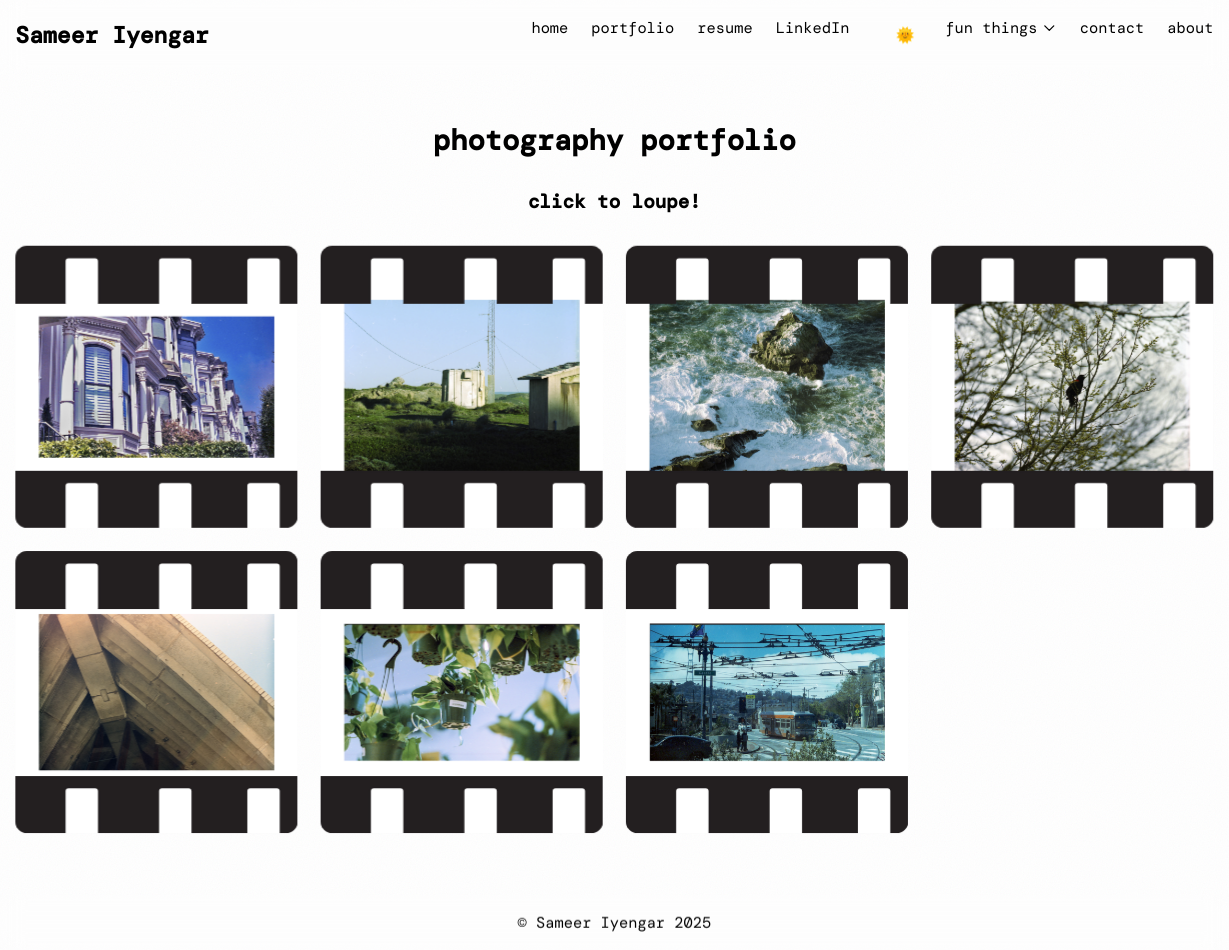
Repository: siyengar04/siyengar04.github.io
Page: portfolio.html
These files come from the project's save history. The page is drawn as it stood at one moment and after a run of saves; the edit follows.
The browser window is 1280 px wide. The pictures show the whole page, at 96% of full size.
Some web fonts or font styles are not loaded; a fallback is used.

Above is the page before, as saved 2025-10-11 16:24:56.

### portfolio.html
<!DOCTYPE html>
<html lang="en">

<head>
    <script>
        if (localStorage.theme === 'dark' ||
            (!('theme' in localStorage) && window.matchMedia('(prefers-color-scheme: dark)').matches)) {
            document.documentElement.classList.add('dark-theme');
        }
    </script>
    <meta charset="UTF-8">
    <meta name="viewport" content="width=device-width, initial-scale=1.0">
    <meta property="og:image" content="./images/profile.jpg">
    <meta property="og:image:type" content="image/jpg">
    <meta name="description" content="student, innovator, engineer" />
    <meta property="og:title" content="Sameer Iyengar">
    <meta property="og:description" content="student, innovator, engineer">
    <title>Sameer Iyengar - Photography Portfolio</title>
    <script src="https://cdn.jsdelivr.net/npm/@tailwindcss/browser@4"></script>
    <link rel="preconnect" href="https://fonts.googleapis.com">
    <link rel="preconnect" href="https://fonts.gstatic.com" crossorigin>
    <link
        href="https://fonts.googleapis.com/css2?family=DM+Mono:ital,wght@0,300;0,400;0,500;1,300;1,400;1,500&display=swap"
        rel="stylesheet">
    <style>
        <style> :root {
            /* Light Theme (default) - High contrast */
            --bg-primary: #f5f5f7;
            --text-primary: #121212;
            --glass-light: rgba(255, 255, 255, 0.85);
            --glass-text: #121212;
            --border-light: rgba(0, 0, 0, 0.1);
            --accent-color: #3b82f6;

            /* Dark Theme */
            --bg-primary-dark: #0a0a0a;
            --text-primary-dark: #f8f9fa;
            --glass-dark: rgba(20, 20, 20, 0.85);
            --glass-text-dark: #f8f9fa;
            --border-dark: rgba(255, 255, 255, 0.15);
            --accent-color-dark: #60a5fa;
        }

        .gallery-item {
            position: relative;
            /* Needed for absolute positioning of pseudo-elements */
        }

        .gallery-item::before,
        .gallery-item::after {
            content: "";
            position: absolute;
            left: 0;
            width: 100%;
            height: 60px;
            /* Adjust based on your SVG border height */
            background-image: url('Asset 4.svg');
            background-size: cover;
            z-index: 2;
        }

        .gallery-item::before {
            top: 0;
            background-image: url('Asset 4.svg');
        }

        .gallery-item::after {
            bottom: 0;
            background-image: url('Asset 4.svg');
        }

        .gallery-img {
            position: relative;
            z-index: 1;
        }

        .dark-theme {
            --bg-primary: var(--bg-primary-dark);
            --text-primary: var(--text-primary-dark);
            --glass-light: var(--glass-dark);
            --glass-text: var(--glass-text-dark);
            --border-light: var(--border-dark);
            --accent-color: var(--accent-color-dark);
        }

        body {
            font-family: 'DM Mono', sans-serif;
            background: var(--bg-primary);
            color: var(--text-primary);
            transition: background 0.5s ease, color 0.3s ease;
            background-image: url('data:[embedded picture, 288 characters]');
            line-height: 1.6;
            margin: 0;
            padding: 0;
        }

        /* Glassmorphism Navigation Bar */
        header {
            position: fixed;
            top: 0;
            width: 100%;
            background: var(--glass-light) !important;
            backdrop-filter: blur(12px);
            -webkit-backdrop-filter: blur(12px);
            border-bottom: 1px solid var(--border-light);
            color: var(--glass-text) !important;
            z-index: 100;
            padding: 1rem 0;
        }

        /* Navigation */
        nav a {
            color: var(--glass-text);
            transition: all 0.3s ease;
        }

        nav a:hover {
            color: var(--accent-color);
            transform: translateY(-2px);
        }

        /* Theme toggle button */
        #theme-toggle {
            background: var(--glass-light);
            backdrop-filter: blur(10px);
            border: 1px solid var(--border-light);
            transition: all 0.3s ease;
        }

        #theme-toggle:hover {
            transform: scale(1.1);
        }

        /* Portfolio Section */
        #portfolio {
            padding: 8rem 0 4rem;
            /* Adjusted for fixed header */
        }

        .gallery-img {
            transition: transform 0.3s ease, box-shadow 0.3s ease;
            cursor: pointer;
            border-radius: 12px;
            object-fit: cover;
            width: 100%;
            height: 100%;
        }

        .gallery-item {
            background: var(--glass-light);
            backdrop-filter: blur(8px);
            -webkit-backdrop-filter: blur(8px);
            border: 1px solid var(--border-light);
            border-radius: 12px;
            overflow: hidden;
            transition: all 0.3s ease;
        }

        .gallery-item:hover {
            transform: translateY(-5px);
            box-shadow: 0 10px 25px rgba(0, 0, 0, 0.2);
        }

        .dark-theme .gallery-item:hover {
            box-shadow: 0 10px 25px rgba(0, 0, 0, 0.4);
        }

        /* Modal */
        .modal {
            display: none;
            position: fixed;
            z-index: 1000;
            left: 0;
            top: 0;
            width: 100%;
            height: 100%;
            background-color: rgba(0, 0, 0, 0.9);
            overflow: auto;
        }

        .modal-content {
            margin: auto;
            display: block;
            max-width: 90%;
            max-height: 80vh;
            margin-top: 10vh;
            background: var(--glass-light);
            backdrop-filter: blur(20px);
            -webkit-backdrop-filter: blur(20px);
            border-radius: 12px;
            padding: 20px;
            border: 1px solid var(--border-light);
        }

        .close {
            position: absolute;
            top: 20px;
            right: 35px;
            color: white;
            font-size: 40px;
            font-weight: bold;
            cursor: pointer;
            z-index: 1001;
        }

        .caption {
            margin: auto;
            display: block;
            width: 80%;
            text-align: center;
            color: var(--text-primary);
            padding: 10px 0;
            font-size: 1.2rem;
        }

        /* Dropdown menu */
        .desktop-dropdown-menu {
            margin-top: 0.5rem;
            background: var(--glass-light);
            backdrop-filter: blur(12px);
            -webkit-backdrop-filter: blur(12px);
            border: 1px solid var(--border-light);
            border-radius: 8px;
            overflow: hidden;
            box-shadow: 0 8px 32px rgba(0, 0, 0, 0.1);
        }

        .desktop-dropdown:hover .desktop-dropdown-menu {
            display: block;
        }

        /* Footer */
        footer {
            background: var(--glass-light);
            backdrop-filter: blur(12px);
            -webkit-backdrop-filter: blur(12px);
            border-top: 1px solid var(--border-light);
            padding: 1rem 0;
            color: var(--glass-text);
        }

        /* Grid Layout */
        .grid {
            display: grid;
            grid-template-columns: repeat(auto-fill, minmax(250px, 1fr));
            gap: 1.5rem;
        }

        @media (max-width: 768px) {
            #portfolio {
                padding: 6rem 0 2rem;
            }

            #nav-menu {
                background: var(--glass-light);
                backdrop-filter: blur(12px);
                -webkit-backdrop-filter: blur(12px);
                border: 1px solid var(--border-light);
                border-radius: 8px;
                padding: 1rem;
                margin-top: 0.5rem;
            }

            .modal-content {
                max-width: 95%;
                max-height: 85vh;
                margin-top: 5vh;
            }
        }
    </style>
</head>

<body>
    <header class="fixed top-0 z-10 w-full">
        <div class="container flex items-center justify-between px-4 mx-auto">
            <h1 class="text-2xl font-semibold">Sameer Iyengar</h1>
            <div class="md:hidden">
                <button id="nav-toggle" class="focus:outline-none">
                    <svg xmlns="http://www.w3.org/2000/svg" class="w-6 h-6" fill="none" viewBox="0 0 24 24"
                        stroke="currentColor">
                        <path stroke-linecap="round" stroke-linejoin="round" stroke-width="2"
                            d="M4 6h16M4 12h16m-7 6h7" />
                    </svg>
                </button>
            </div>
            <nav id="nav-menu" class="hidden md:flex md:space-x-6">
                <ul class="flex flex-col space-y-4 md:flex-row md:space-y-0 md:space-x-6">
                    <li><a href="/index.html">home</a></li>
                    <li><a href="/portfolio.html">portfolio</a></li>
                    <li><a href="/resume.html">resume</a></li>
                    <li><a href="https://www.linkedin.com/in/sameer-iyengar/">LinkedIn</a></li>
                    <li>
                        <button id="theme-toggle" class="p-2 ml-4 rounded-full">
                            <span class="light-icon">🌞</span>
                            <span class="hidden dark-icon">🌙</span>
                        </button>
                    </li>
                    <!-- Desktop Fun Things Dropdown -->
                    <li class="relative group">
                        <button class="flex items-center">
                            fun things
                            <svg class="w-4 h-4 ml-1" fill="none" stroke="currentColor" viewBox="0 0 24 24"
                                xmlns="http://www.w3.org/2000/svg">
                                <path stroke-linecap="round" stroke-linejoin="round" stroke-width="2"
                                    d="M19 9l-7 7-7-7"></path>
                            </svg>
                        </button>
                        <div class="absolute left-0 hidden pt-2 group-hover:block desktop-dropdown-menu">
                            <a href="/cat-gallery.html" class="block px-4 py-2 hover:text-accent-color">eva!!</a>
                        </div>
                    </li>
                    <li><a href="/contact.html">contact</a></li>
                    <li><a href="/about.html">about</a></li>
                </ul>
            </nav>
        </div>
    </header>

    <main>
        <section id="portfolio" class="portfolio">
            <div class="container px-4 mx-auto">
                <h2 class="mb-8 text-3xl font-bold text-center">photography portfolio</h2>
                <h3 class="mb-8 text-xl font-bold text-center">click to loupe!</h3>
                <div class="grid">
                    <!-- Gallery Item 1 -->
                    <div class="gallery-item">
                        <img loading="lazy" src="./images/photo1.jpg" alt="Photo 1" class="gallery-img"
                            onclick="openModal('./images/photo1.jpg', 'rowhouses, San Francisco, CA')">
                    </div>

                    <!-- Gallery Item 2 -->
                    <div class="gallery-item">
                        <img loading="lazy" src="./images/photo2.jpg" alt="Photo 2" class="gallery-img"
                            onclick="openModal('./images/photo2.jpg', 'utility box, Point Reyes, CA')">
                    </div>

                    <!-- Gallery Item 3 -->
                    <div class="gallery-item">
                        <img loading="lazy" src="./images/photo3.png" alt="Photo 3" class="gallery-img"
                            onclick="openModal('./images/photo3.png', 'sea rocks, Point Reyes, CA')">
                    </div>

                    <!-- Gallery Item 4 -->
                    <div class="gallery-item">
                        <img loading="lazy" src="./images/photo4.png" alt="Photo 4" class="gallery-img"
                            onclick="openModal('./images/photo4.png', 'red-winged blackbird, U of I Arboretum, Urbana, IL')">
                    </div>

                    <!-- Gallery Item 5 -->
                    <div class="gallery-item">
                        <img loading="lazy" src="./images/photo5.png" alt="Photo 5" class="gallery-img"
                            onclick="openModal('./images/photo5.png', 'architecture, Opera House, Sydney, Australia')">
                    </div>

                    <!-- Gallery Item 6 -->
                    <div class="gallery-item">
                        <img loading="lazy" src="./images/photo6.png" alt="Photo 6" class="gallery-img"
                            onclick="openModal('./images/photo6.png', 'hanging garden, The Castro, San Francisco, CA')">
                    </div>

                    <!-- Gallery Item 7 -->
                    <div class="gallery-item">
                        <img loading="lazy" src="./images/photo7.png" alt="Photo 7" class="gallery-img"
                            onclick="openModal('./images/photo7.png', 'MUNI bus, The Castro, San Francisco, CA')">
                    </div>
                </div>
            </div>
        </section>
    </main>

    <!-- The Modal/Lightbox -->
    <div id="myModal" class="modal">
        <span class="close" onclick="closeModal()">&times;</span>
        <img loading="lazy" class="modal-content" id="img01">
        <div id="caption" class="caption"></div>
    </div>

    <footer class="text-center">
        <div class="container mx-auto">
            <p>&copy; Sameer Iyengar 2025</p>
        </div>
    </footer>

    <script>
        // Mobile navigation toggle
        const navToggle = document.getElementById('nav-toggle');
        const navMenu = document.getElementById('nav-menu');

        navToggle.addEventListener('click', () => {
            navMenu.classList.toggle('hidden');
        });

        // Theme toggle functionality
        const themeToggle = document.getElementById('theme-toggle');
        const darkIcon = document.querySelector('.dark-icon');
        const lightIcon = document.querySelector('.light-icon');

        // Check for saved preference or system preference
        const savedTheme = localStorage.getItem('theme') ||
            (window.matchMedia('(prefers-color-scheme: dark)').matches ? 'dark' : 'light');

        if (savedTheme === 'dark') document.documentElement.classList.add('dark-theme');

        // Update UI icons
        function updateIcons() {
            const isDark = document.documentElement.classList.contains('dark-theme');
            darkIcon.classList.toggle('hidden', !isDark);
            lightIcon.classList.toggle('hidden', isDark);
        }

        // Toggle theme
        themeToggle.addEventListener('click', () => {
            document.documentElement.classList.toggle('dark-theme');
            const theme = document.documentElement.classList.contains('dark-theme') ? 'dark' : 'light';
            localStorage.setItem('theme', theme);
            updateIcons();
        });

        // Initialize icons
        updateIcons();

        // Lightbox functionality
        function openModal(src, alt) {
            const modal = document.getElementById("myModal");
            const modalImg = document.getElementById("img01");
            const captionText = document.getElementById("caption");

            modal.style.display = "block";
            modalImg.src = src;
            captionText.innerHTML = alt;

            // Close modal when clicking outside the image
            modal.onclick = function (event) {
                if (event.target === modal) {
                    closeModal();
                }
            };

            // Close modal with Escape key
            document.onkeydown = function (evt) {
                evt = evt || window.event;
                if (evt.key === "Escape") {
                    closeModal();
                }
            };
        }

        function closeModal() {
            document.getElementById("myModal").style.display = "none";
        }
    </script>
</body>

</html>

After the next 3 saves:
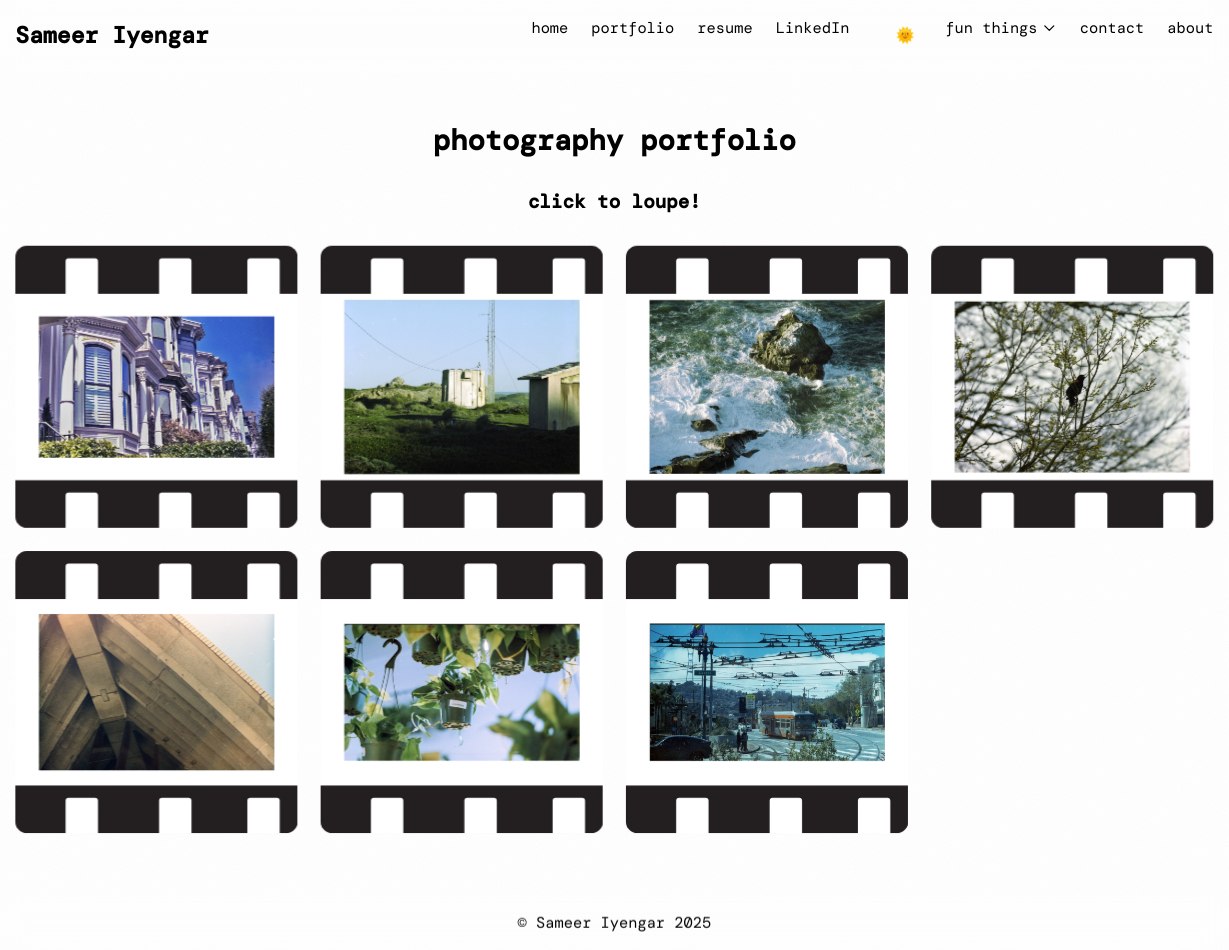
The 3 saves are shown as one change because they came seconds apart.
The last was saved 28 s later.
--- a/portfolio.html
+++ b/portfolio.html
@@ -52,7 +52,7 @@
             position: absolute;
             left: 0;
             width: 100%;
-            height: 60px;
+            height: 50px;
             /* Adjust based on your SVG border height */
             background-image: url('Asset 4.svg');
             background-size: cover;
